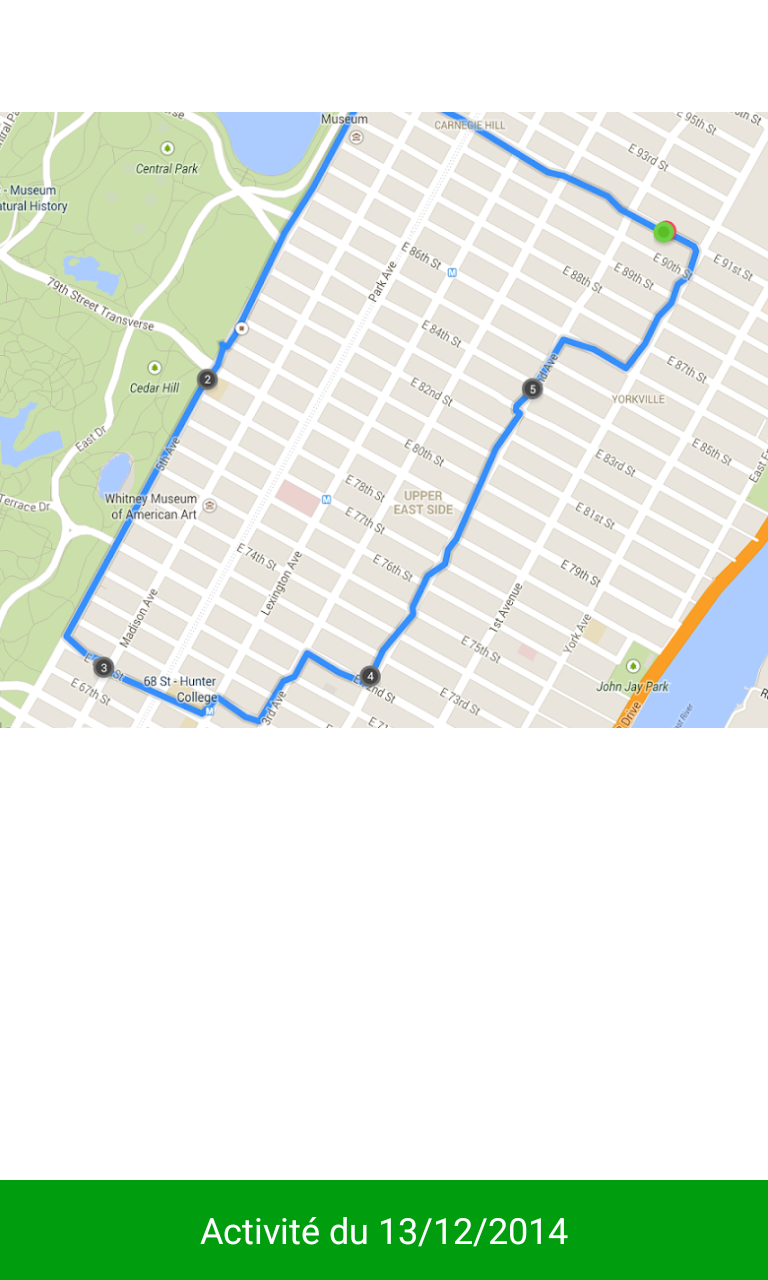
Repository: dekeym/Projet-IHM
Layout: WorkSpace/ChallengeMe/res/layout/fragment_activity.xml
The author's editor kept a copy of each file at every save. The layout is drawn from the files as they stood at one save, then again after the next save.
It is drawn on a 768 x 1280 px phone screen (xhdpi) without system bars, with theme android:Theme.Holo.Light.DarkActionBar; the app's code is not run.

Above is the layout before, as saved 2014-12-18 11:58:08.

### WorkSpace/ChallengeMe/res/layout/fragment_activity.xml
<?xml version="1.0" encoding="utf-8"?>
<RelativeLayout xmlns:android="http://schemas.android.com/apk/res/android"
    android:id="@+id/RelativeLayout1"
    android:layout_width="match_parent"
    android:layout_height="match_parent" >

    <ImageView
        android:id="@+id/imageView1"
        android:layout_width="520dp"
        android:layout_height="420dp"
        android:layout_alignParentLeft="true"
        android:layout_alignParentTop="true"
        android:src="@drawable/map" />

    <TextView
        android:id="@+id/textView1"
        android:layout_width="520dp"
        android:layout_height="50dp"
        android:layout_alignParentBottom="true"
        android:layout_alignParentLeft="true"
        android:background="#009e0f"
        android:gravity="center"
        android:text="Activité du 13/12/2014"
        android:textAppearance="?android:attr/textAppearanceMedium"
        android:textColor="@android:color/white" />

    <ScrollView
        android:id="@+id/scrollView1"
        android:layout_width="match_parent"
        android:layout_height="match_parent"
        android:layout_alignParentTop="true"
        android:paddingLeft="30dp"
        android:paddingRight="30dp"
        android:paddingBottom="30dp"
        android:paddingTop="30dp"
        android:layout_toRightOf="@+id/imageView1"
        android:background="#333333" >

        <LinearLayout
            android:id="@+id/LinearLayout1"
            android:layout_width="match_parent"
            android:layout_height="match_parent"
            android:orientation="vertical" >



            <LinearLayout
                android:layout_width="match_parent"
                android:background="#fefefe"
                android:gravity="center"
                android:layout_height="50dp" >

                <TextView
                    android:id="@+id/textView14"
                    android:layout_width="wrap_content"
                    android:layout_height="wrap_content"
                    android:text="Partager sur"
                    android:textStyle="italic"
                    android:textColor="#AAAAB8"
                    android:layout_marginRight="20dp"
                    android:textAppearance="?android:attr/textAppearanceMedium" />

                <ImageView
                    android:id="@+id/imageView3"
                    android:layout_width="wrap_content"
                    android:layout_height="wrap_content"
                    android:layout_marginRight="7dp"
                    android:src="@drawable/facebook" />

                <ImageView
                    android:id="@+id/imageView4"
                    android:layout_width="wrap_content"
                    android:layout_height="wrap_content"
                    android:layout_marginRight="7dp"
                    android:src="@drawable/twitter" />

                <ImageView
                    android:id="@+id/imageView5"
                    android:layout_width="wrap_content"
                    android:layout_height="wrap_content"
                    android:layout_marginRight="7dp"
                    android:src="@drawable/google" />

                <ImageView
                    android:id="@+id/imageView6"
                    android:layout_width="wrap_content"
                    android:layout_height="wrap_content"
                    android:layout_marginRight="7dp"
                    android:src="@drawable/wahtsapp" />

                <ImageView
                    android:id="@+id/imageView7"
                    android:layout_width="wrap_content"
                    android:layout_height="wrap_content"
                    android:layout_marginRight="7dp"
                    android:src="@drawable/mail" />

                <ImageView
                    android:id="@+id/imageView8"
                    android:layout_width="wrap_content"
                    android:layout_height="wrap_content"
                    android:src="@drawable/sms" />

            </LinearLayout>





            <LinearLayout
                android:layout_width="match_parent"
                android:layout_marginTop="30dp"
                android:layout_height="wrap_content" >

                <LinearLayout
                    android:layout_width="180dp"
                    android:layout_height="75dp"
                    android:background="#fefefe"
                    android:gravity="center"
                    android:layout_marginRight="30dp"
                    android:orientation="vertical" >

                    <TextView
                        android:id="@+id/textView2"
                        android:layout_width="wrap_content"
                        android:layout_height="wrap_content"
                        android:text="18:30"
                        android:textColor="#292929"
                        android:textStyle="bold"
                        android:textAppearance="?android:attr/textAppearanceLarge" />

                    <TextView
                        android:id="@+id/textView3"
                        android:layout_width="wrap_content"
                        android:layout_height="wrap_content"
                        android:text="Heure de départ"
                        android:textColor="#AAAAB8"
                        android:textAppearance="?android:attr/textAppearanceSmall" />

                </LinearLayout>

                <LinearLayout
                    android:layout_width="180dp"
                    android:layout_height="75dp"
                    android:background="#fefefe"
                    android:gravity="center"
                    android:orientation="vertical" >

                    <TextView
                        android:id="@+id/textView4"
                        android:layout_width="wrap_content"
                        android:layout_height="wrap_content"
                        android:text="19:10"
                        android:textColor="#292929"
                        android:textStyle="bold"
                        android:textAppearance="?android:attr/textAppearanceLarge" />

                    <TextView
                        android:id="@+id/textView5"
                        android:layout_width="wrap_content"
                        android:layout_height="wrap_content"
                        android:text="Heure d'arrivée"
                        android:textColor="#AAAAB8"
                        android:textAppearance="?android:attr/textAppearanceSmall" />

                </LinearLayout>

            </LinearLayout>

            <LinearLayout
                android:layout_width="match_parent"
                android:layout_marginTop="30dp"
                android:layout_height="wrap_content" >

                <LinearLayout
                    android:layout_width="180dp"
                    android:layout_height="75dp"
                    android:background="#fefefe"
                    android:gravity="center"
                    android:layout_marginRight="30dp"
                    android:orientation="vertical" >

                    <TextView
                        android:id="@+id/textView6"
                        android:layout_width="wrap_content"
                        android:layout_height="wrap_content"
                        android:text="8.5 km/h"
                        android:textColor="#292929"
                        android:textStyle="bold"
                        android:textAppearance="?android:attr/textAppearanceLarge" />

                    <TextView
                        android:id="@+id/textView7"
                        android:layout_width="wrap_content"
                        android:layout_height="wrap_content"
                        android:text="Vitesse moyenne"
                        android:textColor="#AAAAB8"
                        android:textAppearance="?android:attr/textAppearanceSmall" />

                </LinearLayout>

                <LinearLayout
                    android:layout_width="180dp"
                    android:layout_height="75dp"
                    android:background="#fefefe"
                    android:gravity="center"
                    android:orientation="vertical" >

                    <TextView
                        android:id="@+id/textView8"
                        android:layout_width="wrap_content"
                        android:layout_height="wrap_content"
                        android:text="11.3 km/h"
                        android:textColor="#292929"
                        android:textStyle="bold"
                        android:textAppearance="?android:attr/textAppearanceLarge" />

                    <TextView
                        android:id="@+id/textView9"
                        android:layout_width="wrap_content"
                        android:layout_height="wrap_content"
                        android:text="Vitesse maximale"
                        android:textColor="#AAAAB8"
                        android:textAppearance="?android:attr/textAppearanceSmall" />

                </LinearLayout>



            </LinearLayout>

            <LinearLayout
                android:layout_width="match_parent"
                android:layout_marginTop="30dp"
                android:layout_height="wrap_content" >

                <LinearLayout
                    android:layout_width="180dp"
                    android:layout_height="75dp"
                    android:background="#fefefe"
                    android:gravity="center"
                    android:layout_marginRight="30dp"
                    android:orientation="vertical" >

                    <TextView
                        android:id="@+id/textView10"
                        android:layout_width="wrap_content"
                        android:layout_height="wrap_content"
                        android:text="245.5"
                        android:textColor="#292929"
                        android:textStyle="bold"
                        android:textAppearance="?android:attr/textAppearanceLarge" />

                    <TextView
                        android:id="@+id/textView11"
                        android:layout_width="wrap_content"
                        android:layout_height="wrap_content"
                        android:text="Calories brûlées"
                        android:textColor="#AAAAB8"
                        android:textAppearance="?android:attr/textAppearanceSmall" />

                </LinearLayout>

                <LinearLayout
                    android:layout_width="180dp"
                    android:layout_height="75dp"
                    android:background="#fefefe"
                    android:gravity="center"
                    android:orientation="vertical" >

                    <TextView
                        android:id="@+id/textView12"
                        android:layout_width="wrap_content"
                        android:layout_height="wrap_content"
                        android:text="05 km"
                        android:textColor="#292929"
                        android:textStyle="bold"
                        android:textAppearance="?android:attr/textAppearanceLarge" />

                    <TextView
                        android:id="@+id/textView13"
                        android:layout_width="wrap_content"
                        android:layout_height="wrap_content"
                        android:text="Distance parcourue"
                        android:textColor="#AAAAB8"
                        android:textAppearance="?android:attr/textAppearanceSmall" />

                </LinearLayout>



            </LinearLayout>


            <LinearLayout
                android:layout_width="match_parent"
                android:layout_marginTop="30dp"
                android:layout_height="wrap_content" >

                <LinearLayout
                    android:layout_width="180dp"
                    android:layout_height="75dp"
                    android:background="#fefefe"
                    android:gravity="center"
                    android:layout_marginRight="30dp"
                    android:orientation="vertical" >

                    <ImageView
                        android:id="@+id/imageView2"
                        android:layout_width="79dp"
                        android:layout_height="44dp"
                        android:src="@drawable/run" />

                    <TextView
                        android:id="@+id/textView15"
                        android:layout_width="wrap_content"
                        android:layout_height="wrap_content"
                        android:text="Entrainement"
                        android:textColor="#AAAAB8"
                        android:textAppearance="?android:attr/textAppearanceSmall" />

                </LinearLayout>

                <LinearLayout
                    android:layout_width="180dp"
                    android:layout_height="75dp"
                    android:background="#fefefe"
                    android:gravity="center"
                    android:orientation="vertical" >

                    <TextView
                        android:id="@+id/textView16"
                        android:layout_width="wrap_content"
                        android:layout_height="wrap_content"
                        android:text="00:02:37"
                        android:textStyle="bold"
                        android:textColor="#292929"
                        android:textAppearance="?android:attr/textAppearanceLarge" />

                    <TextView
                        android:id="@+id/textView17"
                        android:layout_width="wrap_content"
                        android:layout_height="wrap_content"
                        android:text="Temps de pause"
                        android:textColor="#AAAAB8"
                        android:textAppearance="?android:attr/textAppearanceSmall" />

                </LinearLayout>


            </LinearLayout>

        </LinearLayout>
    </ScrollView>

</RelativeLayout>

After the next save:
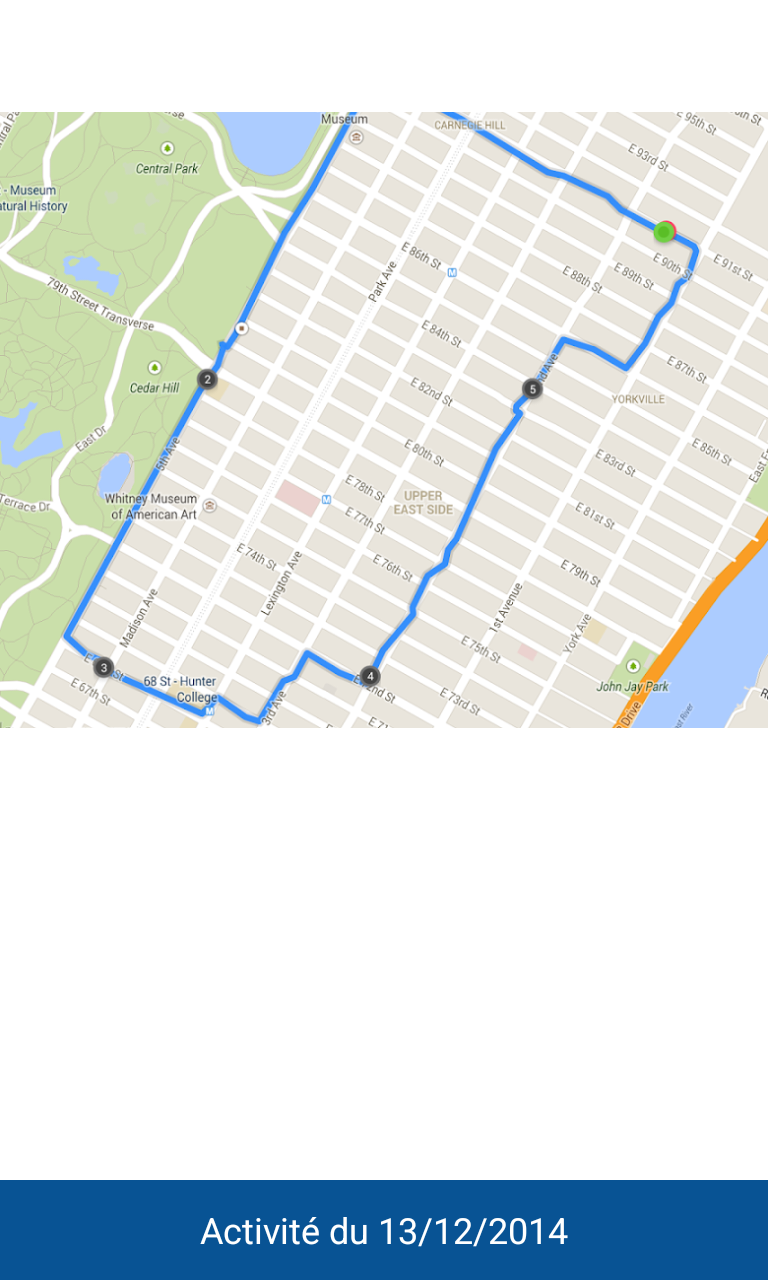
Saved 107 s later.
--- a/WorkSpace/ChallengeMe/res/layout/fragment_activity.xml
+++ b/WorkSpace/ChallengeMe/res/layout/fragment_activity.xml
@@ -18,7 +18,7 @@
         android:layout_height="50dp"
         android:layout_alignParentBottom="true"
         android:layout_alignParentLeft="true"
-        android:background="#009e0f"
+        android:background="#085394"
         android:gravity="center"
         android:text="Activité du 13/12/2014"
         android:textAppearance="?android:attr/textAppearanceMedium"
